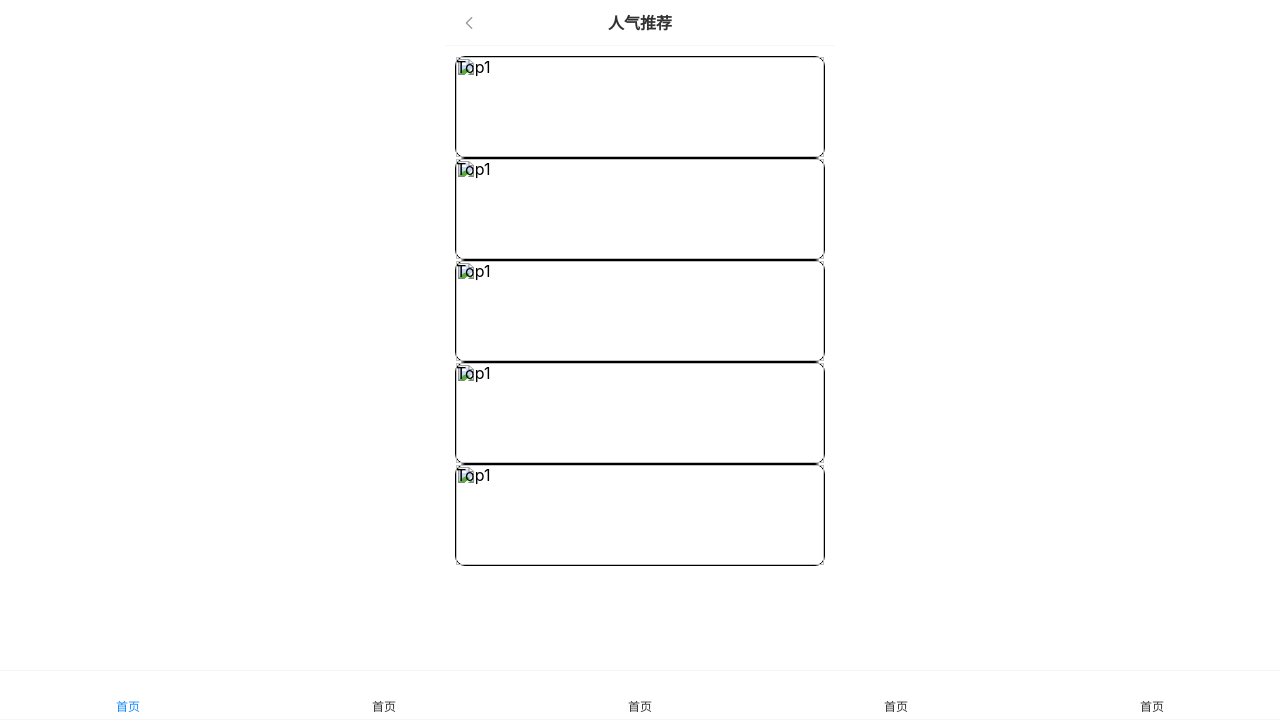
Repository: LXRL/eshop
Page: /#/homePopularity
The author's editor kept a copy of each file at every save. The page is drawn from the files as they stood at one save, then again after a run of saves.
The browser window is 1280 px wide. The pictures show the whole page.
The project was rebuilt for these pictures with package versions that can differ from the ones it lists, and the page was loaded fresh each time. Also part of the build but not shown: vue.config.js, src/components/homeGridDetails.vue.

Above is the page before, as saved 2024-12-11 22:34:51.

After the next 4 saves:
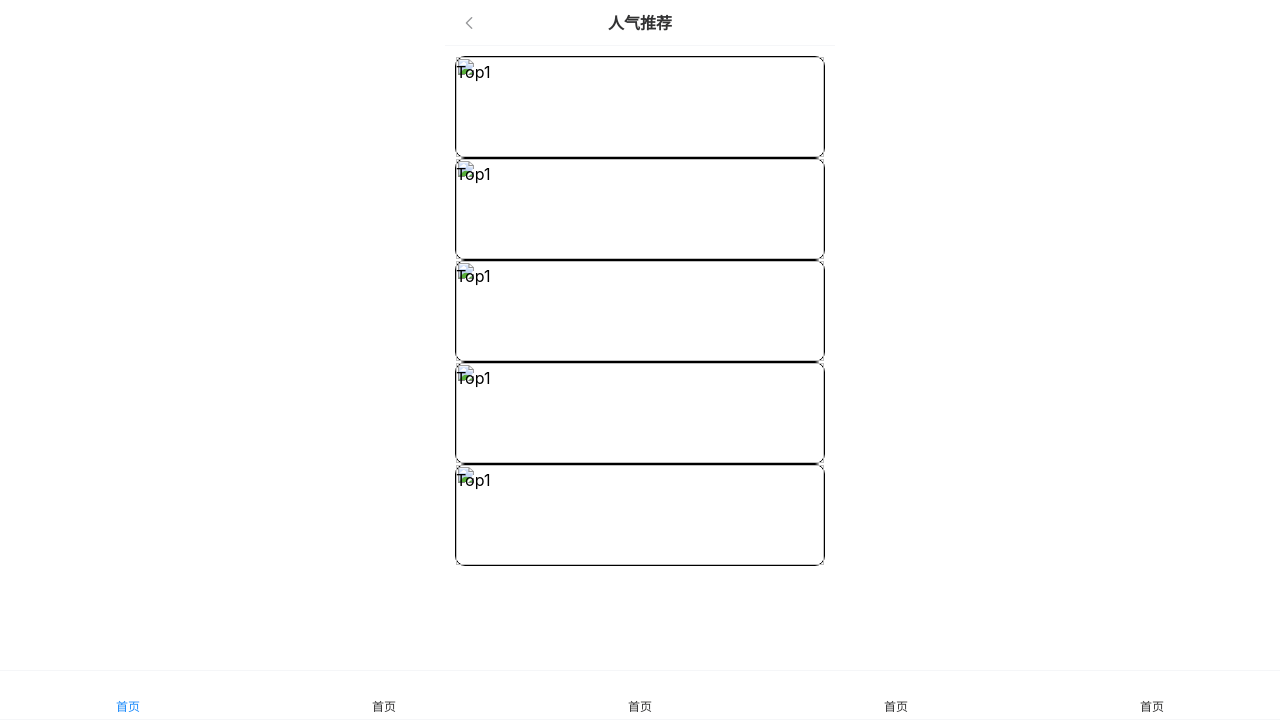
The 4 saves are shown as one change because they came seconds apart.
The last was saved 11 s later.
--- a/src/views/home/homePopularity.vue
+++ b/src/views/home/homePopularity.vue
@@ -37,10 +37,12 @@ import { ref } from 'vue'
             border-radius: 10px;
             position: relative;
 
-            .icon{
+            .icon {
                 position: absolute;
+                top: 5px;
+                left: 0;
+            }
 
-            }
             img {
                 width: 100%;
                 height: 100%;
